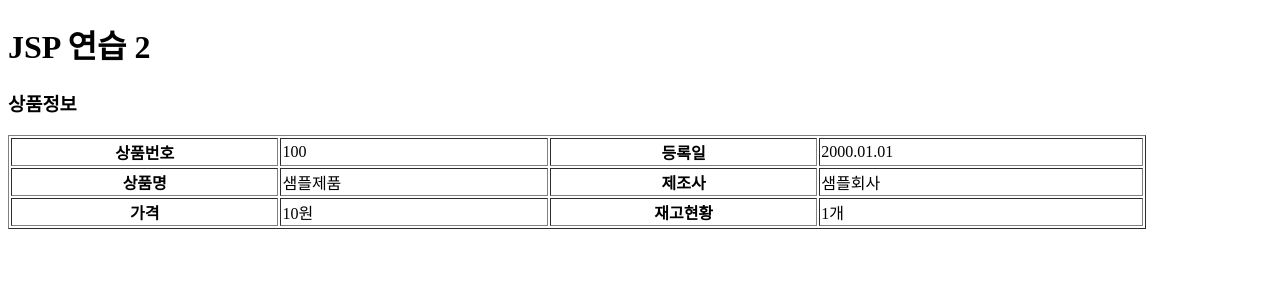
Repository: onuo77/HTA
Page: http://localhost/sample/basic/demo2.jsp
An editor plug-in stored every save of this project. The page is shown before and after the next save, followed by the edit.
The browser window is 1280 px wide. The pictures show the whole page.
The page is served by Tomcat 9. Other server files are loaded and not shown.

Above is the page before, as saved 2021-05-18 08:39:41.

### java-web/sample/src/main/webapp/basic/demo2.jsp
<%@page import="com.sample.vo.Sample"%>
<%@page import="com.sample.dao.SampleDao"%>
<%@ page language="java" contentType="text/html; charset=UTF-8"
    pageEncoding="UTF-8"%>
<!DOCTYPE html>
<html>
<head>
<meta charset="UTF-8">
<title>Insert title here</title>
</head>
<body>
	<h1>JSP 연습 2</h1>

	<%
		SampleDao sampleDao = new SampleDao();
		Sample sample = sampleDao.getSample();
	%>

	<h3>상품정보</h3>
	<table border="1" style="width:90%;">
		<tr>
			<th>상품번호</th><td>100</td>
			<th>등록일</th><td>2000.01.01</td>
		</tr>
		<tr>
			<th>상품명</th><td>샘플제품</td>
			<th>제조사</th><td>샘플회사</td>
		</tr>
		<tr>
			<th>가격</th><td>10원</td>
			<th>재고현황</th><td>1개</td>
		</tr>
	</table>
</body>
</html>

### java-web/sample/src/main/java/com/sample/dao/SampleDao.java
package com.sample.dao;

import java.util.Date;

import com.sample.vo.Sample;

public class SampleDao {

	public Sample getSample() {
		Sample sample = new Sample(100, "아이패드 프로", "애플", 1500000, 10, new Date());
		return sample;
	}
}

### java-web/sample/src/main/java/com/sample/vo/Sample.java
package com.sample.vo;

import java.util.Date;

public class Sample {

	private int no;
	private String name;
	private String company;
	private int price;
	private int stock;
	private Date createdDate;

	public Sample() {}

	public Sample(int no, String name, String company, int price, int stock, Date createdDate) {
		super();
		this.no = no;
		this.name = name;
		this.company = company;
		this.price = price;
		this.stock = stock;
		this.createdDate = createdDate;
	}

	public int getNo() {
		return no;
	}

	public void setNo(int no) {
		this.no = no;
	}

	public String getName() {
		return name;
	}

	public void setName(String name) {
		this.name = name;
	}

	public String getCompany() {
		return company;
	}

	public void setCompany(String company) {
		this.company = company;
	}

	public int getPrice() {
		return price;
	}

	public void setPrice(int price) {
		this.price = price;
	}

	public int getStock() {
		return stock;
	}

	public void setStock(int stock) {
		this.stock = stock;
	}

	public Date getCreatedDate() {
		return createdDate;
	}

	public void setCreatedDate(Date createdDate) {
		this.createdDate = createdDate;
	}


}

After the next save:
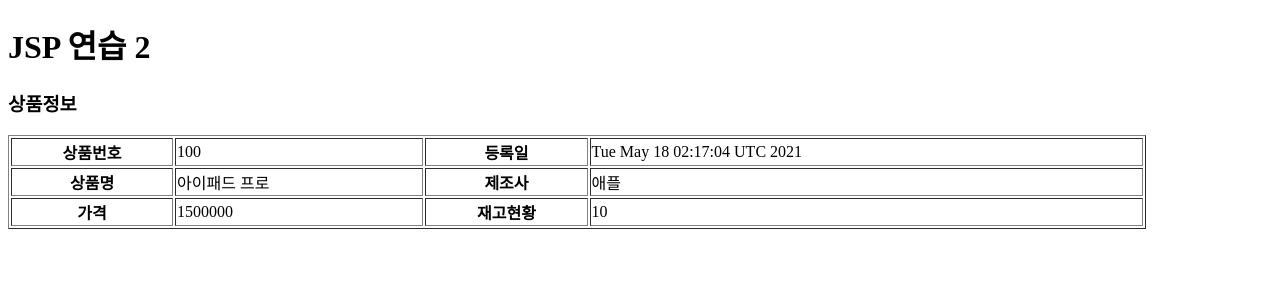
Saved 72 s later.
--- a/java-web/sample/src/main/webapp/basic/demo2.jsp
+++ b/java-web/sample/src/main/webapp/basic/demo2.jsp
@@ -19,16 +19,16 @@
 	<h3>상품정보</h3>
 	<table border="1" style="width:90%;">
 		<tr>
-			<th>상품번호</th><td>100</td>
-			<th>등록일</th><td>2000.01.01</td>
+			<th>상품번호</th><td><%=sample.getNo() %></td>
+			<th>등록일</th><td><%=sample.getCreatedDate() %></td>
 		</tr>
 		<tr>
-			<th>상품명</th><td>샘플제품</td>
-			<th>제조사</th><td>샘플회사</td>
+			<th>상품명</th><td><%=sample.getName() %></td>
+			<th>제조사</th><td><%=sample.getCompany() %></td>
 		</tr>
 		<tr>
-			<th>가격</th><td>10원</td>
-			<th>재고현황</th><td>1개</td>
+			<th>가격</th><td><%=sample.getPrice() %></td>
+			<th>재고현황</th><td><%=sample.getStock() %></td>
 		</tr>
 	</table>
 </body>
